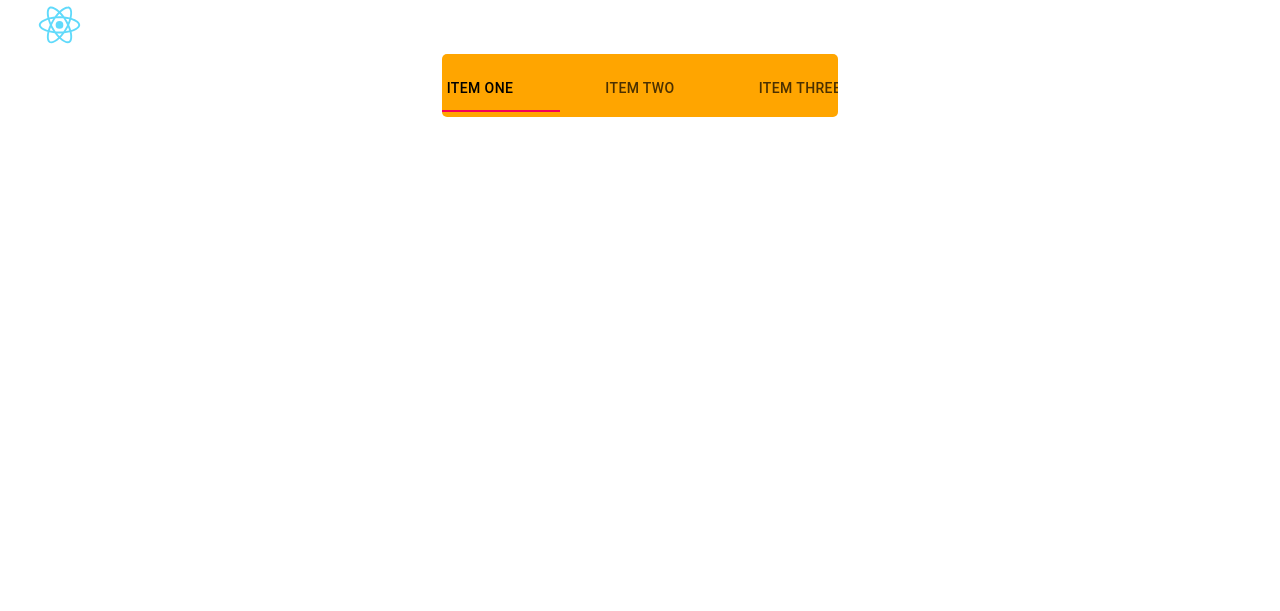
Repository: gatomazi/hostgatorFrontend
Page: /
An editor plug-in stored every save of this project. The page is shown before and after the next save, followed by the edit.
The browser window is 1280 px wide. The pictures show the whole page.
The project was rebuilt for these pictures with package versions that can differ from the ones it lists, and the page was loaded fresh each time.

Above is the page before, as saved 2020-01-24 12:15:25.

After the next save:
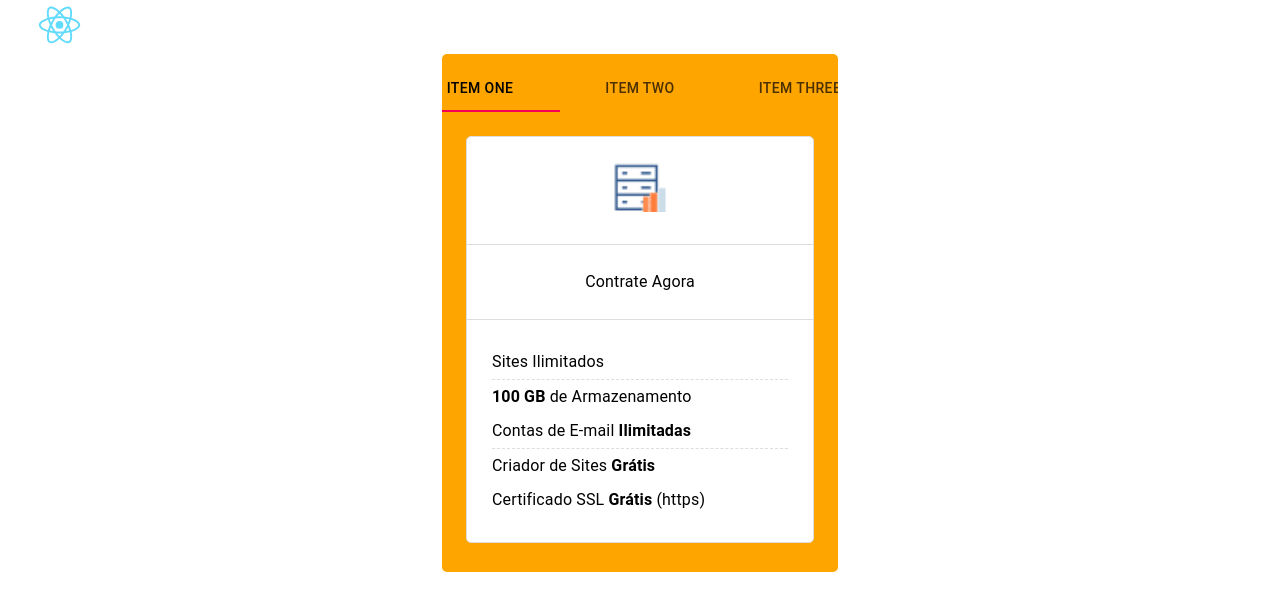
Saved 38 s later.
--- a/src/components/Plano.js
+++ b/src/components/Plano.js
@@ -163,18 +163,11 @@
 
   var plans;
   Object.keys(mock.shared.products).map((namePlan, index) => {
-    Object.keys(mock.shared.products[namePlan]).map((nameIndexes, index2) => {
-      Object.keys(mock.shared.products[namePlan][nameIndexes]).map(
-        (value, index2) => {
-          console.log(value);
-        }
-        //  (
-        //   <TabPanel value={value} index={index2}>
-        //     <PlanoCard key={index2} planInfo={item} />
-        //   </TabPanel>
-        // )
-      );
-    });
+    plans = Object.keys(mock.shared.products[namePlan]).map((item, index2) => (
+      <TabPanel value={value} index={index2}>
+        <PlanoCard key={index2} planInfo={item} />
+      </TabPanel>
+    ));
   });
 
   return (

After the save that followed:
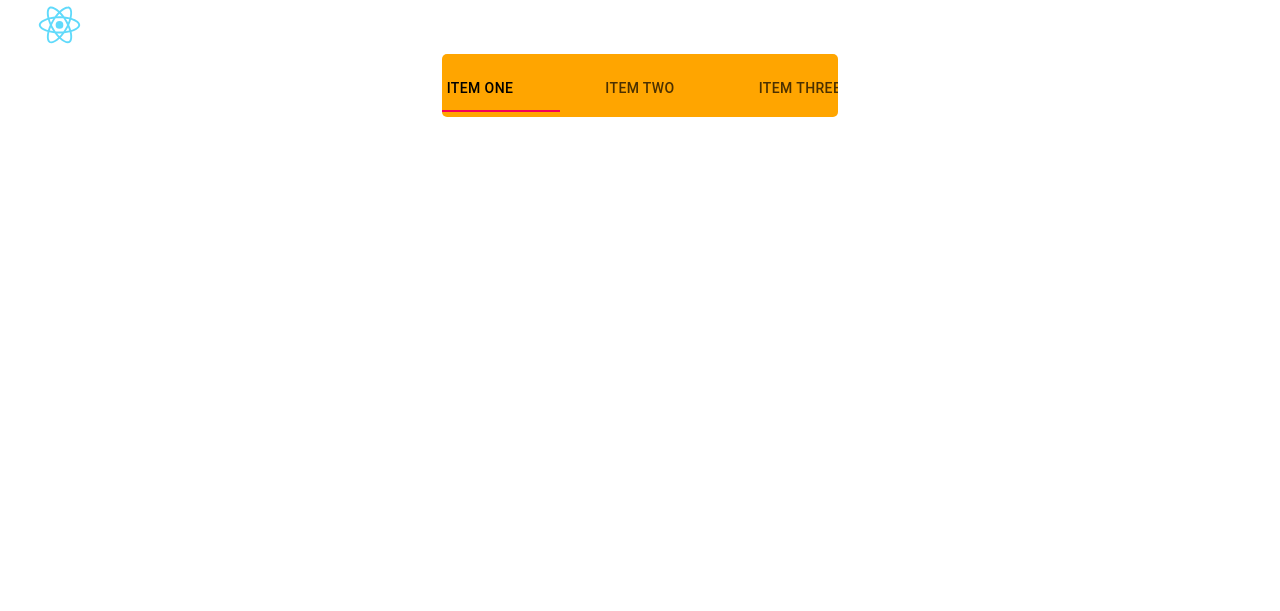
Saved 32 s later.
--- a/src/components/Plano.js
+++ b/src/components/Plano.js
@@ -162,13 +162,13 @@
   };
 
   var plans;
-  Object.keys(mock.shared.products).map((namePlan, index) => {
-    plans = Object.keys(mock.shared.products[namePlan]).map((item, index2) => (
-      <TabPanel value={value} index={index2}>
-        <PlanoCard key={index2} planInfo={item} />
-      </TabPanel>
-    ));
-  });
+  Object.keys(mock.shared.products).map((namePlan, index) => (
+    // plans = Object.keys(mock.shared.products[namePlan]).map((item, index2) => (
+    <TabPanel value={value} index={index}>
+      <PlanoCard key={index} planInfo={mock.shared.products[namePlan]} />
+    </TabPanel>
+    // ));
+  ));
 
   return (
     <div className="root">
